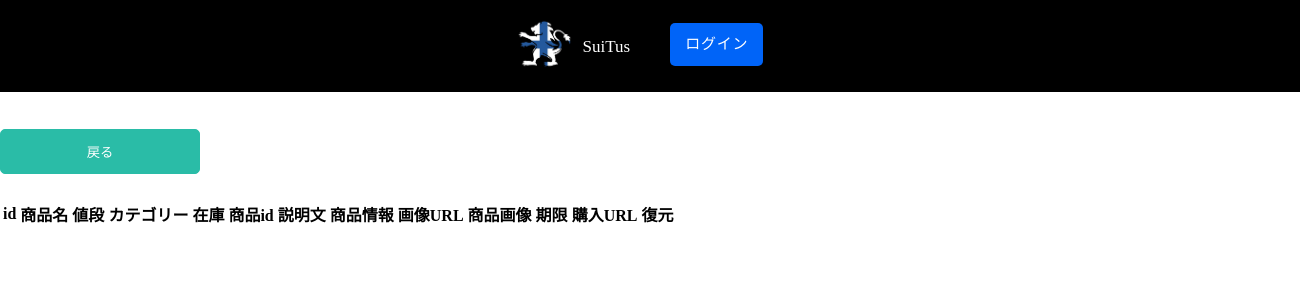
Repository: shun3641/springPortfolio
Page: http://localhost/admin/restorelist
These files come from the project's save history. The page is drawn as it stood at one moment and after the next save; the edit follows.
The browser window is 1280 px wide. The page is 1300 px wide, so the pictures cover 1300 px, including what lies to the right of the window. The pictures show the whole page.
The page is this project's Thymeleaf template; nobody is signed in. The template is opened directly, without the code that normally fills it, so the values that code supplies are empty.

Above is the page before, as saved 2025-11-12 05:40:51.

After the next save:
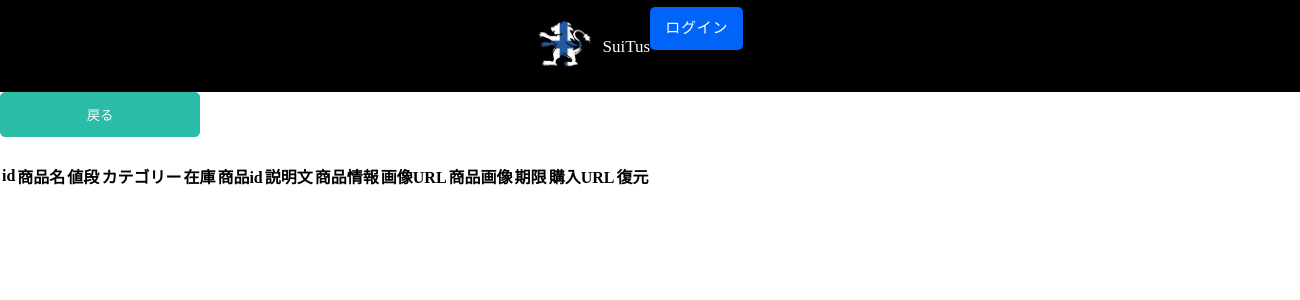
Saved 14 s later.
--- a/Suitus 田中駿吾 ポートフォリオ/Suitus/src/main/resources/static/admin/css/application.css
+++ b/Suitus 田中駿吾 ポートフォリオ/Suitus/src/main/resources/static/admin/css/application.css
@@ -1,3 +1,8 @@
+* {
+	margin: 0;
+	padding: 0;
+}
+
 body {
 	box-sizing: border-box;
 }
